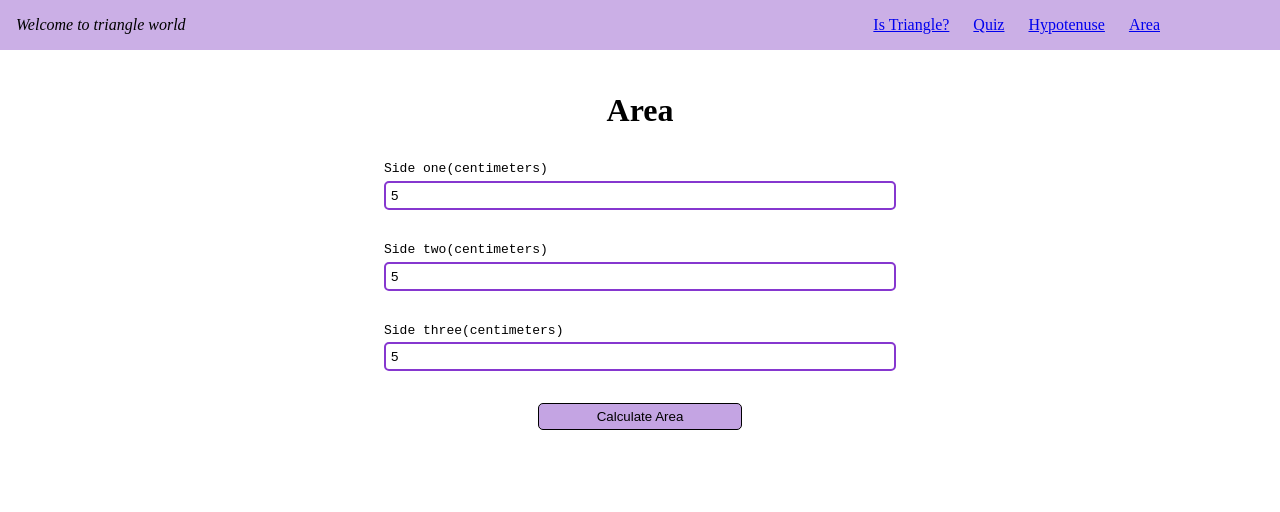
Repository: patelamancode/Fun-with-trianles
Page: area.html
An editor plug-in stored every save of this project. The page is shown before and after the next save, followed by the edit.
The browser window is 1280 px wide. The pictures show the whole page.
Empty fields were first filled with sample values (such as "Sample", 5 or name@example.com).
After loading, the first visible `#check-btn` was clicked once.

Above is the page before, as saved 2022-11-29 04:18:48.

After the next save:
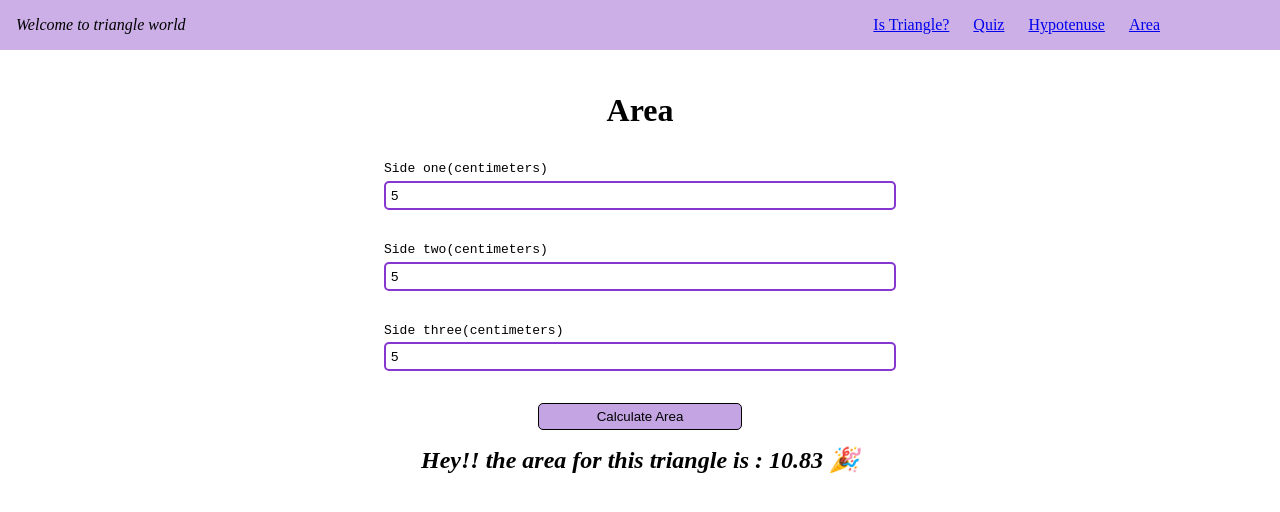
Saved 21 min 32 s later.
--- a/area.js
+++ b/area.js
@@ -11,9 +11,9 @@ function showOutputMessage(msg){
 
 function calculateArea(p, side1, side2, side3){
     const area = (Math.sqrt(p*(p-side1)*(p-side2)*(p-side3))).toFixed(2);
-    if(!p || !side1 || !side2  || !side3){
+    if(!side1 || !side2  || !side3){
         showOutputMessage("Please fill all mandatory fields for all side length")
-    }
+    } else showOutputMessage(`Hey!! the area for this triangle is : ${area} 🎉`)
 }
 
 function showAreaOfTriangle(){
@@ -21,9 +21,10 @@ function showAreaOfTriangle(){
     const s2 = Number(sideTwo.value);
     const s3 = Number(sideThree.value);
     const perimeter = (s1+s2+s3)/2
-    console.log(perimeter, s1, s2, s3);
-    console.log(typeof(perimeter, s1, s2, s3));
-    calculateArea(perimeter, s1, s2, s3);
+    if(!s1 || !s2  ||  !s3){
+        showOutputMessage("Ohh ☹️ Please fill all mandatory fields for each side")
+    } else calculateArea(perimeter, s1, s2, s3);
+
 }
 
 button.addEventListener('click', function(){
